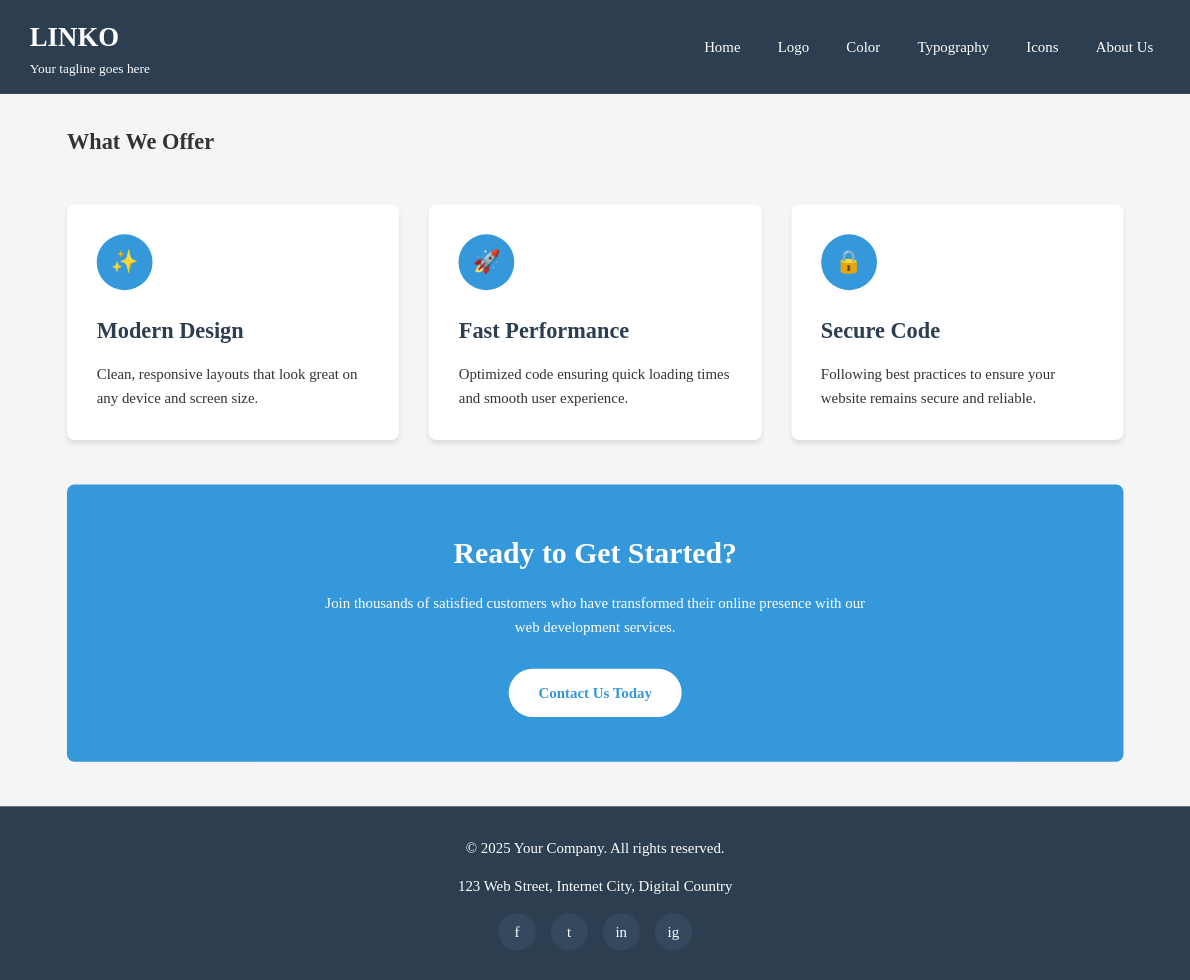
Repository: primcharlin/LINKO-A5Styleguide
Page: index.html
These files come from the project's save history. The page is drawn as it stood at one moment and after the next save; the edit follows.
The browser window is 1280 px wide. The pictures show the whole page, at 93% of full size.

Above is the page before, as saved 2025-04-09 13:53:14.

After the next save:
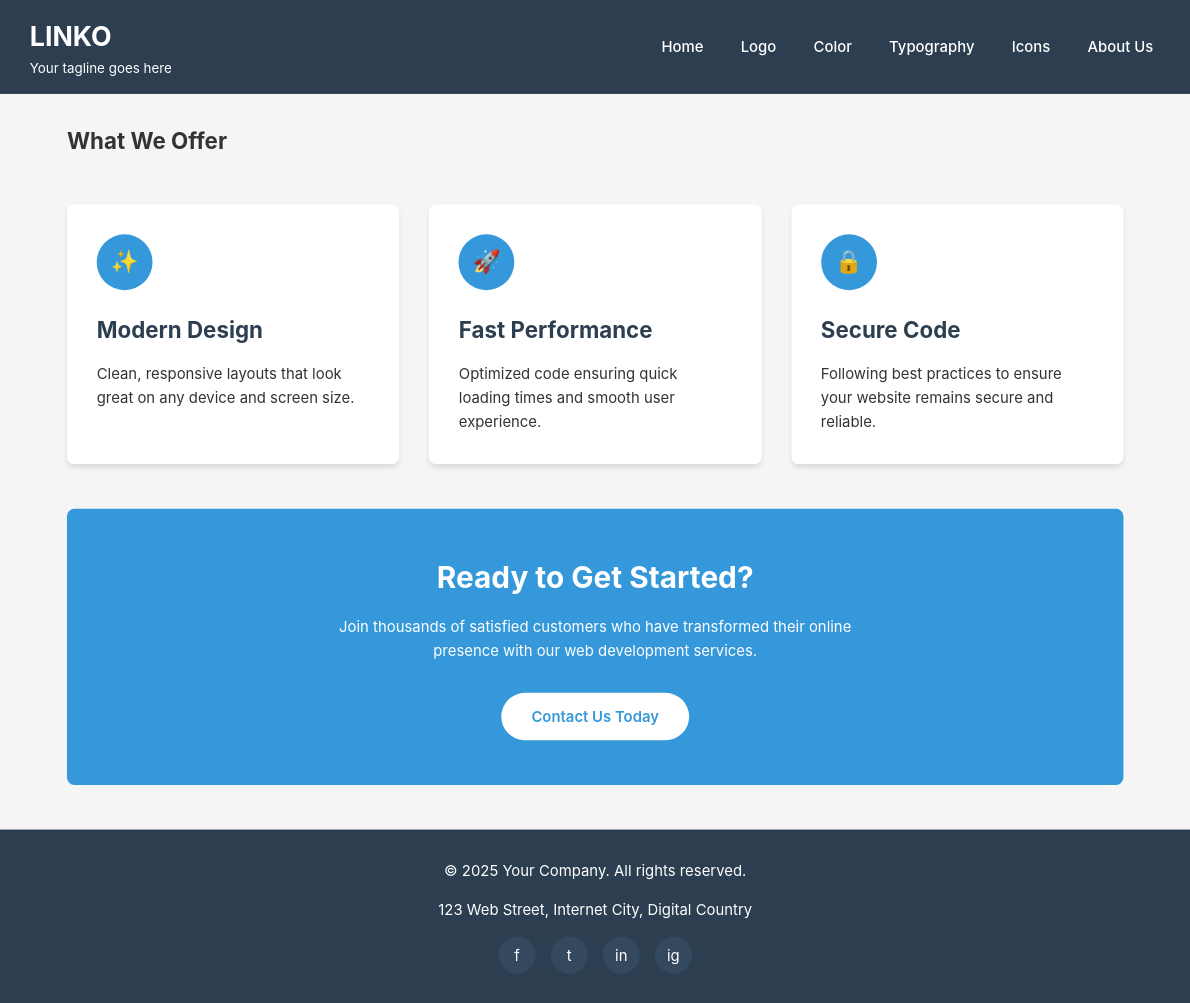
Saved 26 s later.
--- a/styles.css
+++ b/styles.css
@@ -3,7 +3,7 @@
     margin: 0;
     padding: 0;
     box-sizing: border-box;
-    font-family: lexend;
+    font-family: Inter;
 }
 
 /* Body styles */
